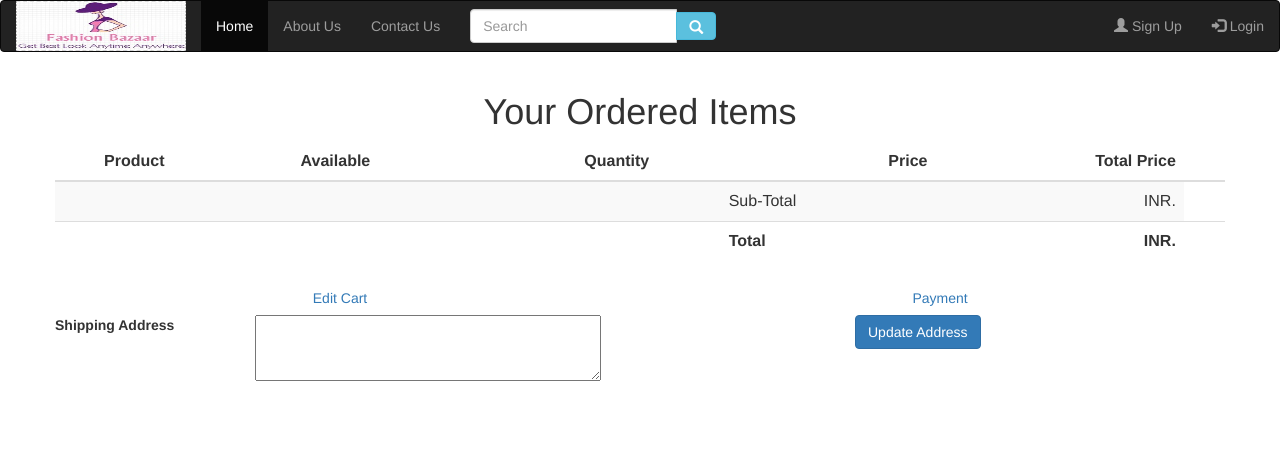
Repository: SmithaMendonca/Project-1
Page: http://localhost/FashionBazarFrontend/WEB-INF/views/OrderConfirm.jsp
The author's editor kept a copy of each file at every save. The page is drawn from the files as they stood at one save, then again after the next save.
The browser window is 1280 px wide. The pictures show the whole page.
The page is served by Tomcat 9. Nobody is signed in. The template is opened directly, without the code that normally fills it, so the values that code supplies are empty.

Above is the page before, as saved 2019-06-07 05:32:40.

After the next save:
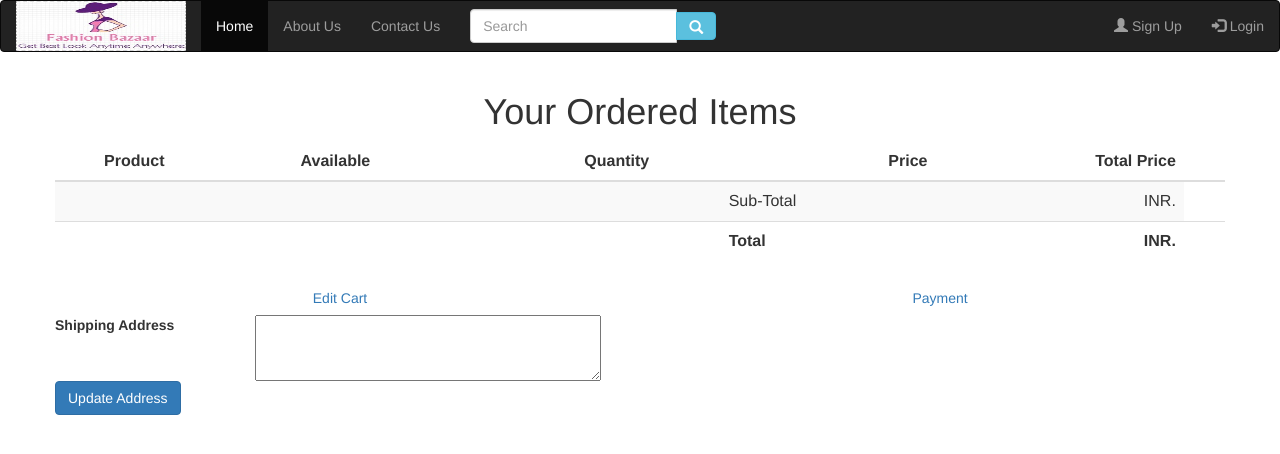
Saved 42 s later.
--- a/FashionBazarFrontend/src/main/webapp/WEB-INF/views/OrderConfirm.jsp
+++ b/FashionBazarFrontend/src/main/webapp/WEB-INF/views/OrderConfirm.jsp
@@ -74,7 +74,7 @@
             	 <div class="col-sm-8 col-xs-12 col-md-6">
             	      <textarea cols="40" rows="3" name="addr">${addr}</textarea>
             	 </div>
-                 <div class="col-sm-2 col-xs-12 col-md-2">
+                 <div class="col-sm-8 col-xs-12 col-md-8">
                  	<input type="submit" value="Update Address" class="btn btn-primary"/>
                  </div>
         </div>
